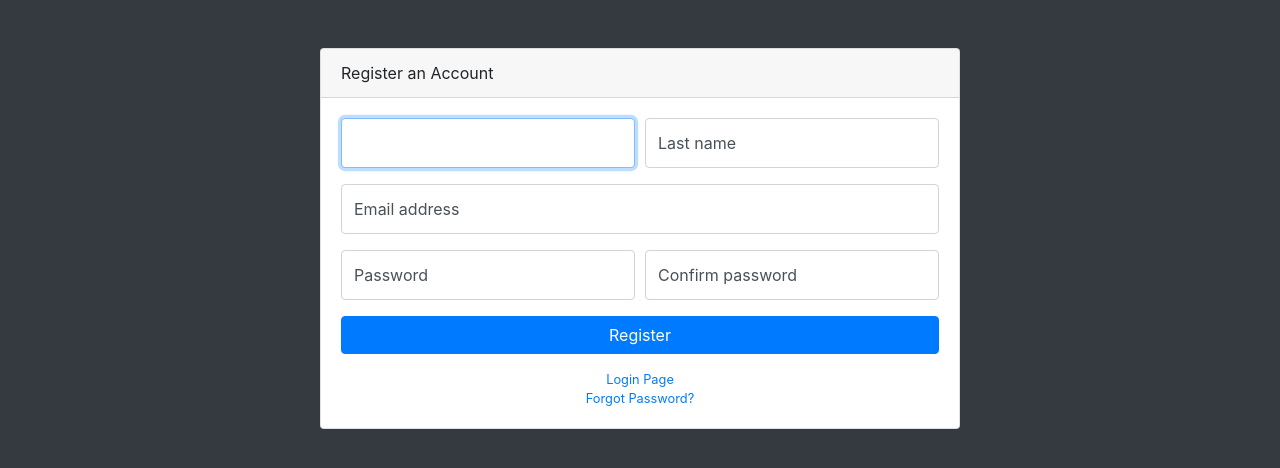
Repository: Map2g/GroupMeet
Page: register.html
The author's editor kept a record of every edit. The page is drawn from the files as they stood at one moment, then again after the next edit.
The browser window is 1280 px wide. The pictures show the whole page.

Above is the page before.

### register.html
<!DOCTYPE html>
<html lang="en">

<head>

  <meta charset="utf-8">
  <meta http-equiv="X-UA-Compatible" content="IE=edge">
  <meta name="viewport" content="width=device-width, initial-scale=1, shrink-to-fit=no">
  <meta name="description" content="">
  <meta name="author" content="">

  <title>SB Admin - Register</title>

  <!-- Custom fonts for this template-->
  <link href="vendor/fontawesome-free/css/all.min.css" rel="stylesheet" type="text/css">

  <!-- Custom styles for this template-->
  <link href="css/sb-admin.css" rel="stylesheet">

</head>

<body class="bg-dark">
<form action = "register.php" method = "post">
  <div class="container">
    <div class="card card-register mx-auto mt-5">
      <div class="card-header">Register an Account</div>
      <div class="card-body">
        <form>
          <div class="form-group">
            <div class="form-row">
              <div class="col-md-6">
                <div class="form-label-group">
                   <input type="text" name="fname" class="form-control" placeholder="First Name" required="required" autofocus="autofocus">
                      <!--first_name: <input type = "text" name = "fname">-->
                  <!--<label for="firstName">First name</label>-->
                </div>
              </div>
              <div class="col-md-6">
                <div class="form-label-group">
                  <input type="text" id="lastName" class="form-control" placeholder="Last name" required="required">
                  <label for="lastName">Last name</label>
                </div>
              </div>
            </div>
          </div>
          <div class="form-group">
            <div class="form-label-group">
              <input type="email" id="inputEmail" class="form-control" placeholder="Email address" required="required">
              <label for="inputEmail">Email address</label>
            </div>
          </div>
          <div class="form-group">
            <div class="form-row">
              <div class="col-md-6">
                <div class="form-label-group">
                  <input type="password" id="inputPassword" class="form-control" placeholder="Password" required="required">
                  <label for="inputPassword">Password</label>
                </div>
              </div>
              <div class="col-md-6">
                <div class="form-label-group">
                  <input type="password" id="confirmPassword" class="form-control" placeholder="Confirm password" required="required">
                  <label for="confirmPassword">Confirm password</label>
                </div>
              </div>
            </div>
          </div>
          <a class="btn btn-primary btn-block" href="login.html">Register</a>
        </form>
        <div class="text-center">
          <a class="d-block small mt-3" href="login.html">Login Page</a>
          <a class="d-block small" href="forgot-password.html">Forgot Password?</a>
        </div>
      </div>
    </div>
  </div>

  <!-- Bootstrap core JavaScript-->
  <script src="vendor/jquery/jquery.min.js"></script>
  <script src="vendor/bootstrap/js/bootstrap.bundle.min.js"></script>

  <!-- Core plugin JavaScript-->
  <script src="vendor/jquery-easing/jquery.easing.min.js"></script>
</form>
</body>

</html>

Loaded but not shown: vendor/fontawesome-free/css/all.min.css (library); css/sb-admin.css (library); vendor/jquery/jquery.min.js (library); vendor/bootstrap/js/bootstrap.bundle.min.js (library); vendor/jquery-easing/jquery.easing.min.js (common file)

After the next edit:
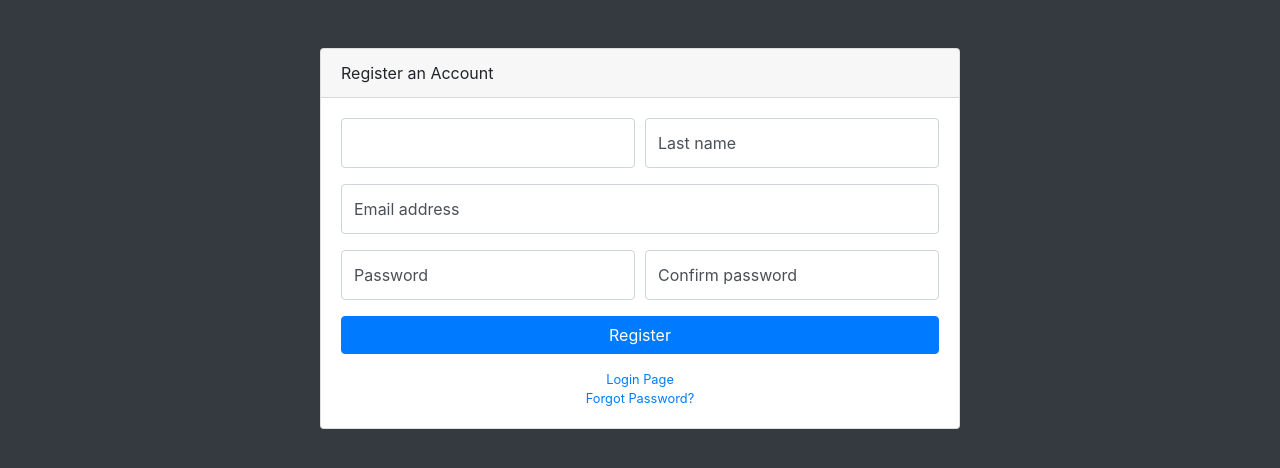
The edit:
--- a/register.html
+++ b/register.html
@@ -30,7 +30,7 @@
             <div class="form-row">
               <div class="col-md-6">
                 <div class="form-label-group">
-                   <input type="text" name="fname" class="form-control" placeholder="First Name" required="required" autofocus="autofocus">
+               <input type="text" name="fname" class="form-control" placeholder="First Name" required="required">
                       <!--first_name: <input type = "text" name = "fname">-->
                   <!--<label for="firstName">First name</label>-->
                 </div>
